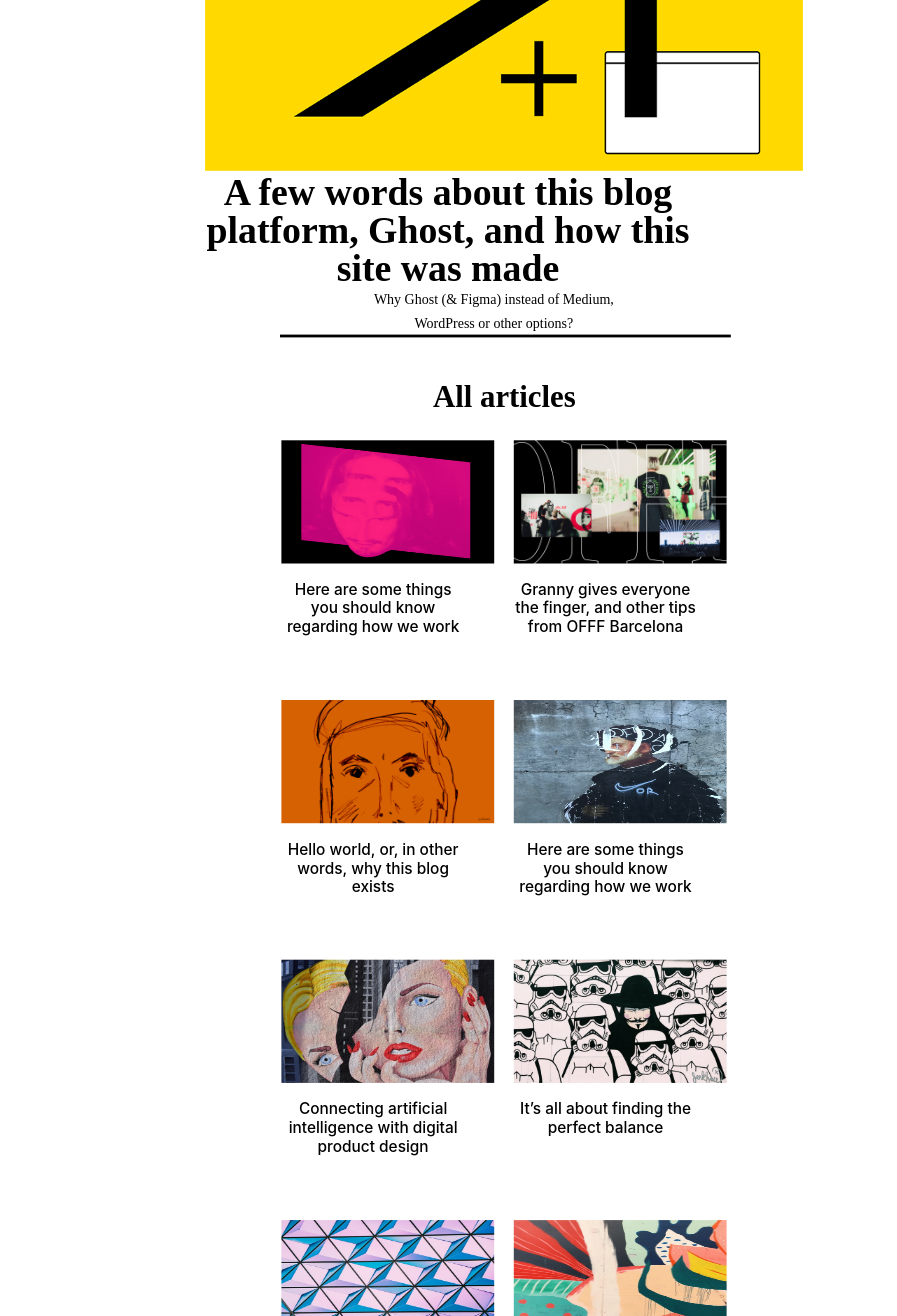
Repository: ThuTrang-jvb/JVB-BT1
Page: Page 2/listing.html
The author's editor kept a copy of each file at every save. The page is drawn from the files as they stood at one save, then again after a run of saves.
The browser window is 1280 px wide. The page is 1282 px wide, so the pictures cover 1282 px, including what lies to the right of the window. The pictures show the part of the page from y = 500 to 2380 px (the page is 3779 px tall before and 3775 px after), at 70% of full size.

Above is the page before, as saved 2025-06-26 15:26:35.

### Page 2/listing.html
<!DOCTYPE html>
<html lang="en">
<head>
    <meta charset="UTF-8">
    <meta name="viewport" content="width=device-width, initial-scale=1.0">
    <link rel="stylesheet" href="styleListing.css">
    <title>NORDIC ROSE</title>
</head>
<body>
    <div class="header">
        <h1>NORDIC ROSE</h1>
        <div class="nav">
            <p>blog</p>
            <p>about</p>
            <p>links</p>
            <p>projects</p>
        </div>
        <div class="hamburger">
            <span></span>
            <span></span>
            <span></span>
        </div>
    </div>
    <hr>

    <div class="main">
        <div class="title">
            <img src="image/image 2.png" alt="image 2">
            <h1>A few words about this blog platform, Ghost, and how this site was made</h1>
            <p>Why Ghost (& Figma) instead of Medium, <br> WordPress or other options?</p>
            <hr>
        </div>

        <div class="articles">
            <h2>All articles</h2>
            <div class="image_desktop">
                <div class="image">
                    <img src="image/image.png" alt="Rectangle 12">
                    <p>Here are some things you should know regarding how we work </p>
                </div>
                <div class="image">
                    <img src="image/image1.png" alt="Rectangle 13">
                    <p>Granny gives everyone the finger, and other tips from OFFF Barcelona</p>
                </div>
                <div class="image">
                    <img src="image/image2.png" alt="Rectangle 13" >
                    <p>Hello world, or, in other words, why this blog exists </p>
                </div>
                <div class="image">
                    <img src="image/image3.png" alt="Rectangle 12">
                    <p>Here are some things you should know regarding how we work  </p>
                </div>
                <div class="image">
                    <img src="image/image4.png" alt="Rectangle 14">
                    <p>Connecting artificial intelligence with digital product design</p>
                </div>
                <div class="image">
                    <img src="image/image5.png" alt="Rectangle 15">
                    <p>It’s all about finding the perfect balance </p>
                </div>
                <div class="image">
                    <img src="image/image6.png" alt="Rectangle 12">
                    <p>I believe learning is the most important skill</p>
                </div>
                <div class="image">
                    <img src="image/image7.png" alt="Rectangle 13">
                    <p>Clients are part of the team</p>
                </div>
                <div class="image">
                    <img src="image/image8.png" alt="Rectangle 19">
                    <p>Clients are part of the team</p>
                </div>
                <div class="image">
                    <img src="image/image9.png" alt="Rectangle 17">
                    <p>Here are some things you should know regarding how we work </p>
                </div>
                <div class="image">
                    <img src="image/image10.png" alt="Rectangle 16">
                    <p>Connecting artificial intelligence with digital product design</p>
                </div>
                <div class="image">
                    <img src="image/image11.png" alt="Rectangle 18">
                    <p>How modern remote working tools get along with Old School Cowboy's methods</p>
                </div>
            </div>
            <div class="image_mobile">
                <div class="image">
                    <img src="image/image1.png" alt="Rectangle 13">
                    <p>Granny gives everyone the finger, and other tips from OFFF Barcelona</p>
                </div>
                <div class="image">
                    <img src="image/image2.png" alt="">
                    <p>Hello world, or, in other words, why this blog exists</p>
                </div>
                <div class="image">
                    <img src="image/image.png" alt="">
                    <p>Here are some things you should know regarding how we work </p>
                </div>
                <div class="image">
                    <img src="image/image12.png" alt="Retangle 39">
                    <p>Updating list of 50+ sources on distributed teams, remote work, and how to make it all work better</p>
                </div>
                <div class="image">
                    <img src="image/image13.png" alt="Rectangle 37">
                    <p>A few words about this blog platform, Ghost, and how this site was made</p>
                </div>
                <div class="image">
                    <img src="image/image11.png" alt="">
                    <p>How modern remote working tools get along with Old School Cowboy's methods</p>
                </div>
            </div>
        </div>
    </div>
    <div class="footer">
        <div class="line">
            <span class="bold">Digital product design</span>
            <span>Remote work</span>
            <span class="bold">UX design</span>
            <span>Distributed teams</span>
            <span class="bold">Creativity</span>
            <span>Strategy</span>
            <span class="bold">Suspense</span>
            <span>Growth</span>

        </div>
        <p class="logo">NORDIC ROSE</p>
        <p class="para">Lorem ipsum dolor sit amet, consectetur adipiscing elit. Duis eu velit tempus erat egestas efficitur. In hac habitasse platea dictumst. Fusce a nunc eget ligula suscipit finibus. </p>
        <div class="info">
            <p>Twitter</p>
            <p>LinkedIn</p>
            <p>RSS</p>
        </div>
        <p class="year">© 2012–2020 Nordic Rose Co. All rights reserved. </p>
    </div>
</body>
</html>

### Page 2/styleListing.css
 * {
    margin: 0;
 }
.header {
    width: 100%;
    max-width: 1440px;
    height: auto;
    box-sizing: border-box;
    justify-content: space-between;
    align-items: center;
    display: flex;
    gap: 476.59px;
    padding: 52.54px 61px 40px 63.58px;
}
.header h1 {
    font-weight: 400;
    font-size: 30px;
}
.hamburger {
  display: none;
  flex-direction: column;
  gap: 5px;
  cursor: pointer;
}

.hamburger span {
  width: 25px;
  height: 3px;
  background-color: black;
  display: block;
  border-radius: 2px;
}
hr {
    width: 100%;
    margin: 0;
}
.nav {
    font-family: New York Small;
    font-weight: 500;
    font-size: 20px;
    line-height: 170%;
    letter-spacing: 12%;
    text-align: center;
    text-transform: uppercase;
    display: flex;
    gap: 34px;
    padding-top: 6.46px ;
}
.main {
    padding: 76px 293px 0;
}

.title img {
    width: 854px;
    height: 533px;
    align-items: center;
}
.title h1 {
    font-family: New York Extra Large;
    font-weight: 700;
    font-size: 54px;
    line-height: 100%;
    letter-spacing: 0%;
    text-align: center;
    max-width: 858px;
}
.title p {
    font-family: SF Mono;
    font-weight: 400;
    font-size: 20px;
    line-height: 170%;
    letter-spacing: 0%;
    text-align: center;
    margin-left: 131px;
    max-width: 592px;

}
.title hr {
    border: 2px solid #000000;
    width: 640px;
    margin-left: 107px;
}
.articles h2 {
    font-family: New York Extra Large;
    font-weight: 700;
    font-size: 44px;
    line-height: 100%;
    letter-spacing: 0%;
    text-align: center;
    max-width: 225px;
    padding-left: 315px;
    padding-top: 64px;
    padding-bottom: 39px;
    margin: 0;
}
.image_desktop img{
    width: 304px;
    height: 176px;
    padding-bottom: 20px;
}
.image_desktop {
    display: grid;
    grid-template-columns: repeat(2, 0fr);
    padding-left: 109px;
    gap: 28px;
}
.image p {
    max-width: 262px;
    padding-bottom: 64px;
    font-family: SF Pro Display;
    font-weight: 500;
    font-size: 22px;
    line-height: 120%;
    text-align: center;
    margin: 0;
}
.image {
    max-width: 304px;
}
.image_mobile {
    display: none;
}
.footer {
    background-color: #000000;
    color: white;
    text-align: center;
    padding-bottom:32px;
}
.bold {
    font-weight: 800;
}
.line {
      font-family: SF Pro Text;
      font-size: 20px;
      color: #fff;
      text-transform: uppercase;
      display: inline-flex;
      flex-wrap: nowrap;
      justify-content: center;
      line-height: 28px;
      max-width: 100%;
      overflow: hidden;
      letter-spacing: 2.8px;
      white-space: nowrap;
      padding-bottom: 105.12px;
}
.line span {
    margin-right: 5px;
}
.footer h1 {
    padding-bottom: 25.58px;
}
.para {
    font-family: New York Small;
    font-weight: 400;
    font-size: 16px;
    line-height: 140%;
    letter-spacing: 0%;
    text-align: center;
    max-width: 488px;
    padding-left: 476px;
    padding-bottom: 32px;
    margin: 0;
}
.info {
    display: flex;
    justify-content: space-between;
    align-items: center;
    max-width: 209px;
    padding-left: 616px;
    padding-bottom: 64px;
}

.info p {
    margin: 0;
    font-family: SF Pro Text;
    font-weight: 500;
    font-size: 16px;
    line-height: 170%;
    text-decoration: underline;
    gap: 28px;
}
.logo {
    margin: 0;
    font-weight: 400;
    font-size: 30px;
    padding-bottom: 25.58px;
}
.footer .year {
    max-width: 178px;
    padding-left: 630px;
}
@media screen and (max-width: 767px) {
    .header {
        padding: 24px 20px;
        gap: 0;
    }

    .nav {
        display: none;
    }

    .hamburger {
        display: flex;
    }
    hr {
        width: 100%;
    }
    .main {
        padding: 52px 0 0 0;
    }

    .title img {
        width: 100vw;
        height: auto;
        display: block;
        margin-left: calc(-1 * ((100vw - 100%) / 2));
    }

    .title h1 {
        font-size: 28px;
        max-width: 100%;
        text-align: center;
        padding: 10px;
        margin: 0 auto;
    }

    .title p {
        font-size: 16px;
        max-width: 90%;
        margin: 0 auto 10px;
        text-align: center;
    }

    .title hr {
        width: 90%;
        margin: 16px auto;
    }

    .articles h2 {
        font-size: 26px;
        padding: 24px 0 16px;
        max-width: 100%;
        padding-left: 0;
    }

    .image_desktop {
        display: none;
    }

    .image_mobile {
        display: block;
        width: 100%;
        padding: 0 16px;
    }

    .image_mobile .image {
        margin-bottom: 32px;
    }

    .image_mobile img {
        width: 100%;
        height: auto;
        display: block;
        margin: 0 auto;
        align-items: center;
        justify-content: center;
    }

    .image_mobile p {
        font-size: 16px;
        text-align: center;
        padding-top: 8px;
    }

    .line {
        flex-wrap: wrap;
        font-size: 14px;
        line-height: 24px;
        padding-bottom: 32px;
        justify-content: center;
    }

    .line span {
        font-size: 14px;
        padding: 4px 8px;
    }

    .logo {
        font-size: 20px;
        padding-bottom: 16px;
    }

    .para {
        font-size: 14px;
        padding: 0 20px 24px;
        margin: 0 auto;
        max-width: 90%;
    }

    .info {
        justify-content: center;
        gap: 16px;
        font-size: 14px;
        padding: 0 0 24px;
        max-width: 100%;
    }

    .footer .year {
        font-size: 12px;
        padding: 0 16px;
    }
}

After the next 8 saves:
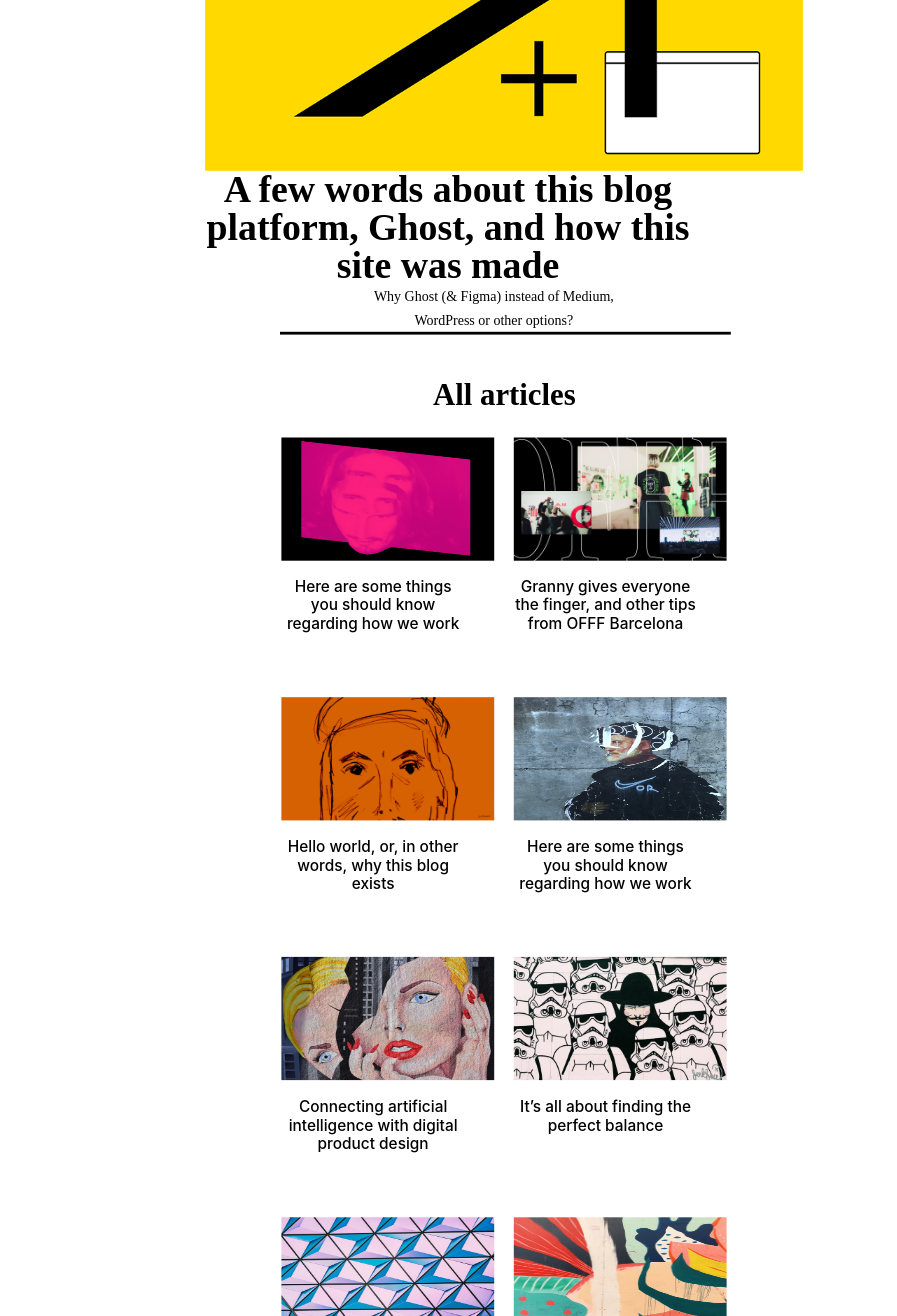
The 8 saves are shown as one change because they came seconds apart.
The last was saved 3 min 21 s later.
--- a/Page 2/styleListing.css
+++ b/Page 2/styleListing.css
@@ -53,7 +53,8 @@ hr {
 .title img {
     width: 854px;
     height: 533px;
-    align-items: center;
+    display: flex;
+    justify-content: center;
 }
 .title h1 {
     font-family: New York Extra Large;
